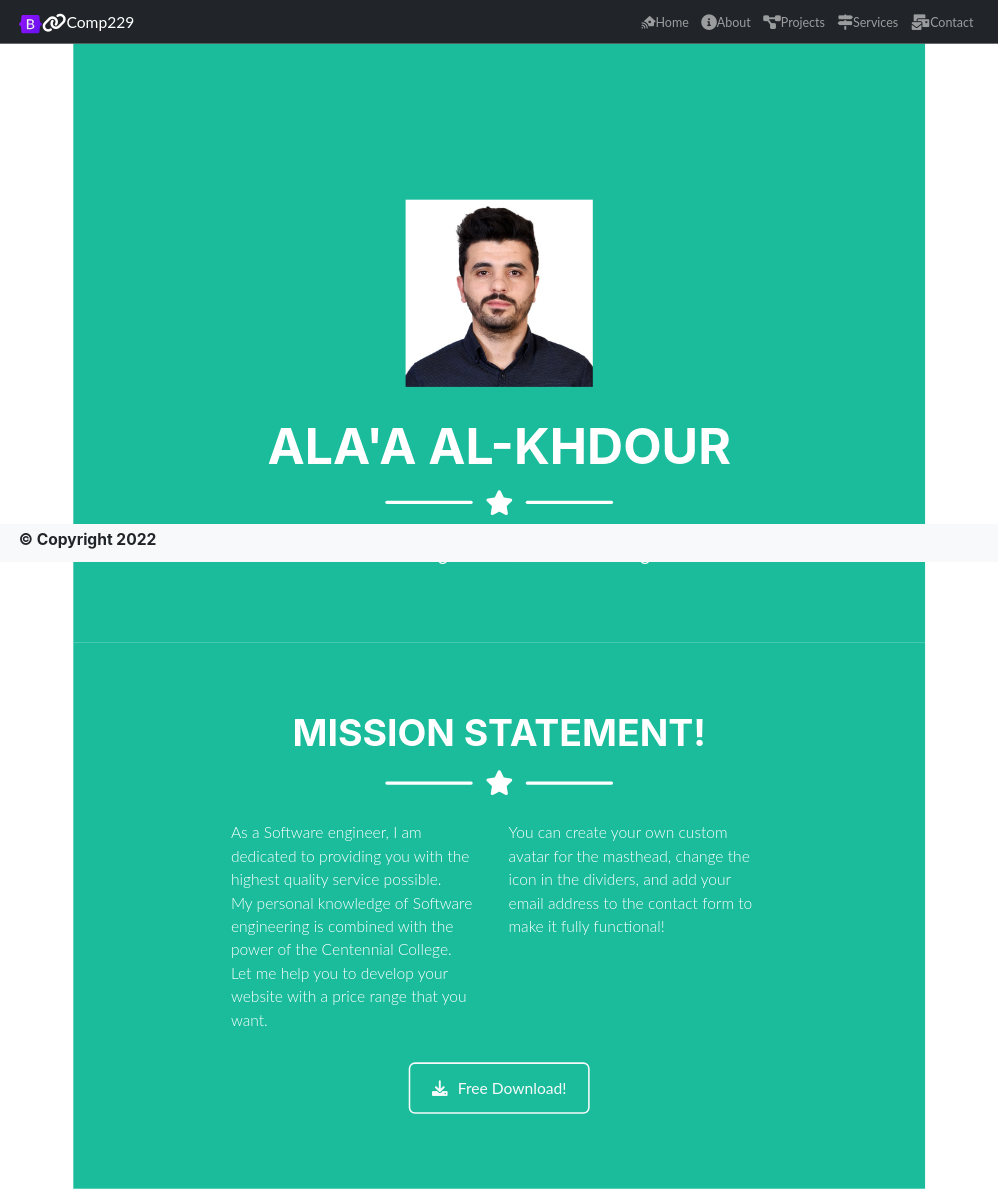
Repository: alaakhdour/heroukulivesite-section1
Page: http://localhost/
These files come from the project's save history. The page is drawn as it stood at one moment and after the next save; the edit follows.
The browser window is 1280 px wide. The pictures show the whole page, at 78% of full size.
The page is served by the project's Node server (server.js).

Above is the page before, as saved 2022-06-17 08:10:48.

After the next save:
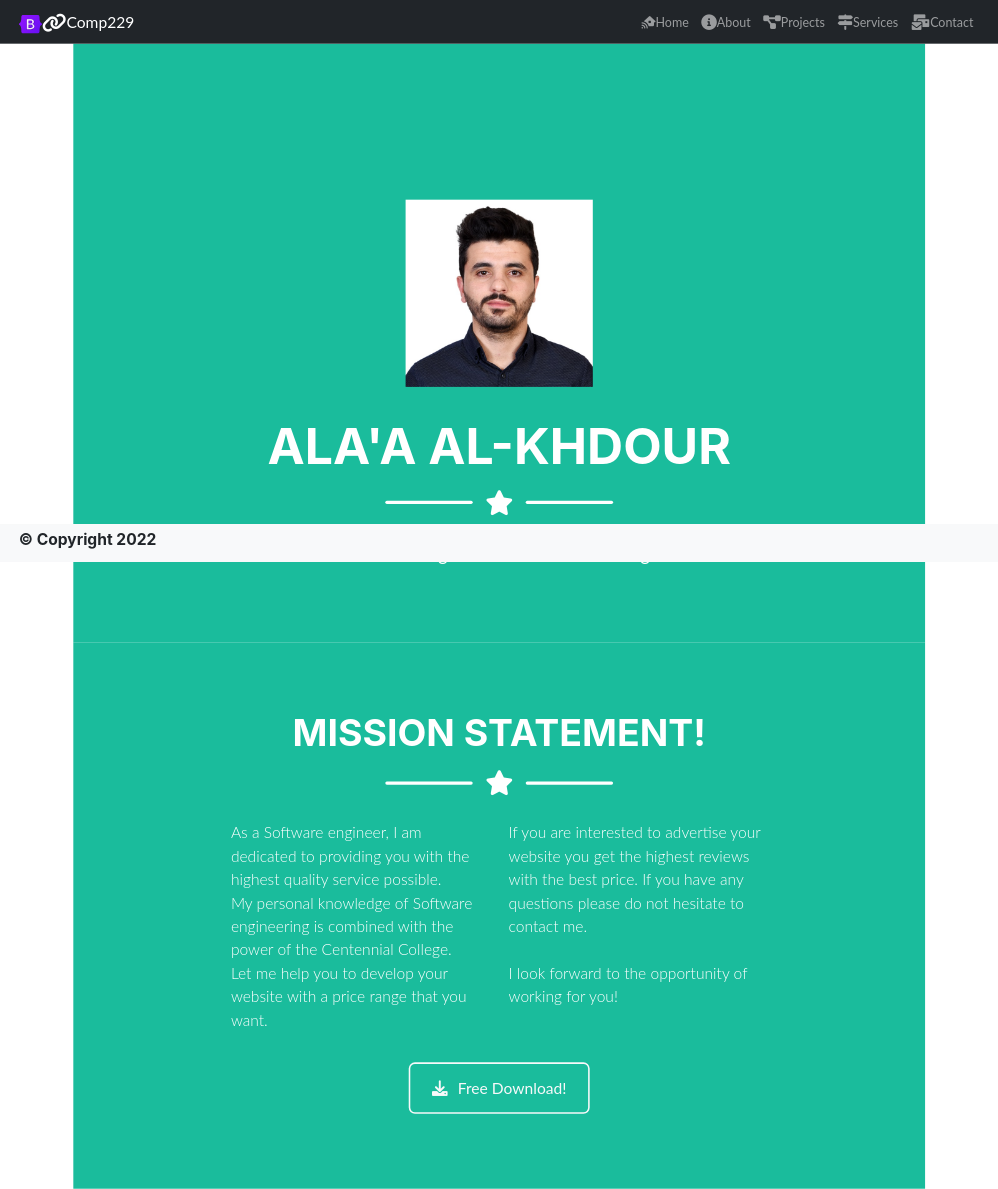
Saved 66 s later.
--- a/Server/Views/content/home.ejs
+++ b/Server/Views/content/home.ejs
@@ -32,7 +32,8 @@
             <div class="row">
                 <div class="col-lg-4 ms-auto"><p class="lead">As a Software engineer, I am dedicated to providing you with the highest quality service possible.<br> My personal knowledge of Software engineering is combined with the power of the Centennial College.<br>
                     Let me help you to develop your website with a price range that you want.</p></div>
-                <div class="col-lg-4 me-auto"><p class="lead">You can create your own custom avatar for the masthead, change the icon in the dividers, and add your email address to the contact form to make it fully functional!</p></div>
+                <div class="col-lg-4 me-auto"><p class="lead"> If you are interested to advertise your website you get the highest reviews with the best price.
+                    If you have any questions please do not hesitate to contact me.<br><br> I look forward to the opportunity of working for you!</p></div>
             </div>
             <!-- About Section Button-->
             <div class="text-center mt-4">
